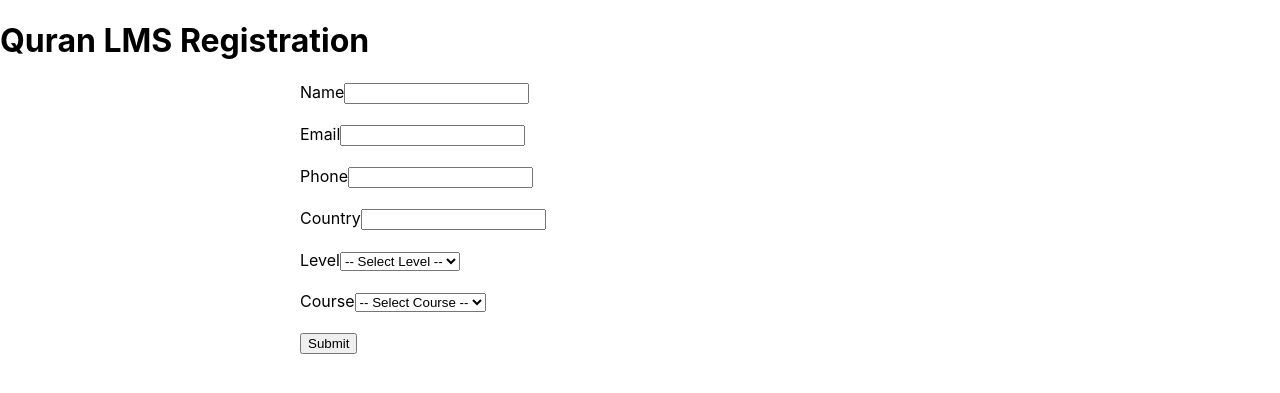
Repository: talha-mahmood/form_react
Page: /
The author's editor kept a copy of each file at every save. The page is drawn from the files as they stood at one save, then again after a run of saves.
The browser window is 1280 px wide. The pictures show the whole page.
The project was rebuilt for these pictures with package versions that can differ from the ones it lists, and the page was loaded fresh each time.

Above is the page before, as saved 2023-03-13 16:14:39.

After the next 2 saves:
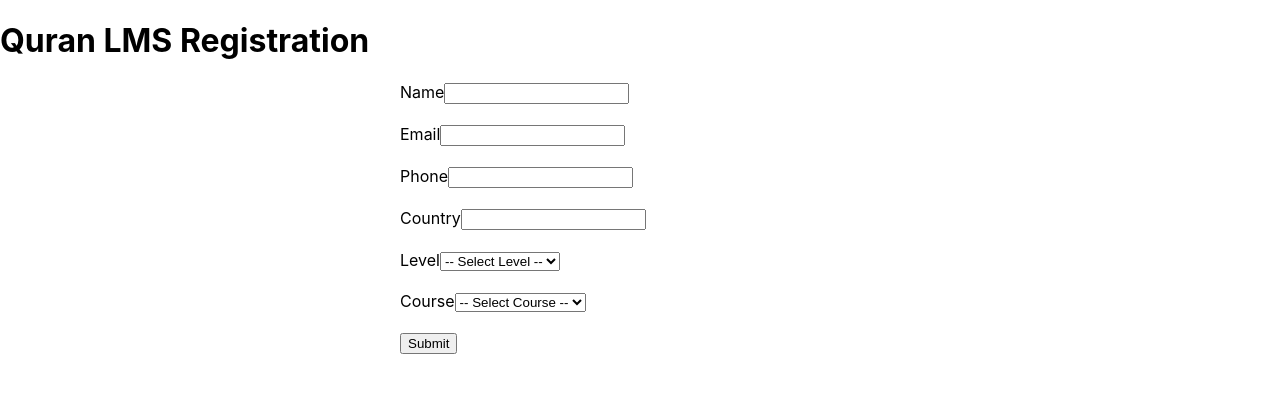
The 2 saves are shown as one change because they came seconds apart.
The last was saved 10 s later.
--- a/src/App.css
+++ b/src/App.css
@@ -40,6 +40,6 @@
 form{
 
  float: left;
- margin-left: 300px;
- margin-right: 300px;
+ margin-left: 400px;
+ margin-right: 400px;
 }
